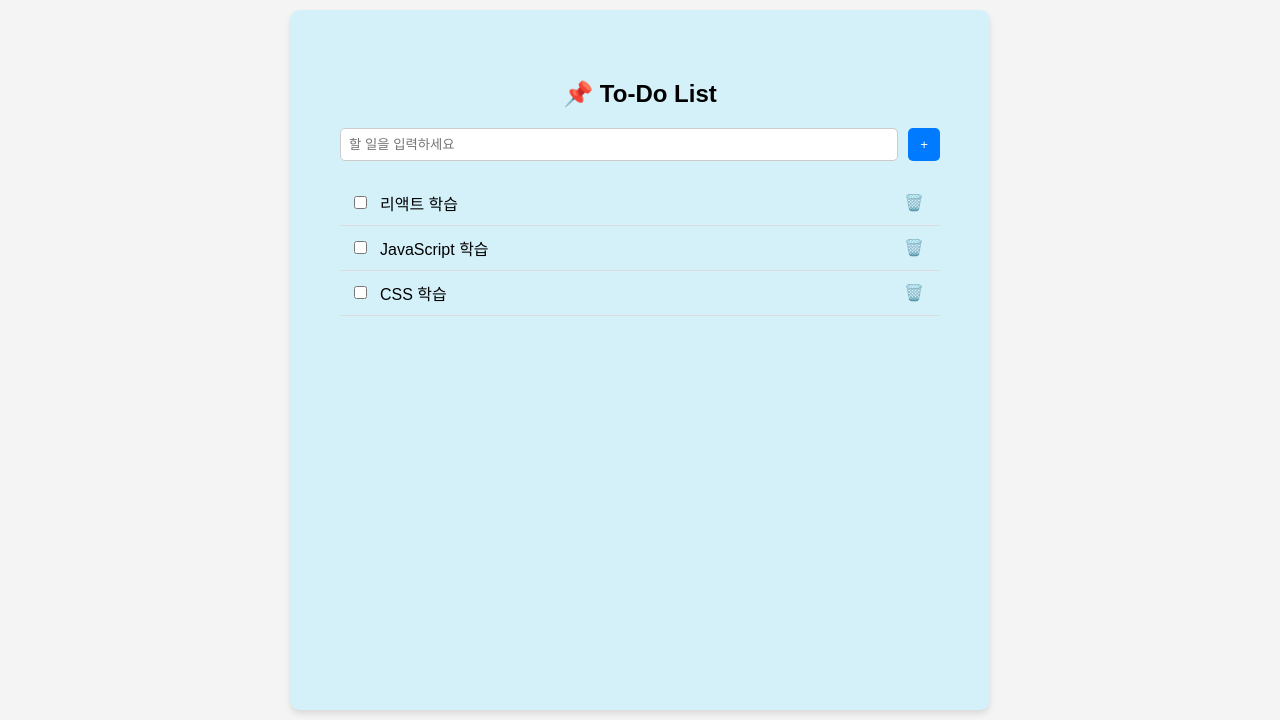
Repository: jongheonleee/todo-list
Page: /
The author's editor kept a copy of each file at every save. The page is drawn from the files as they stood at one save, then again after a run of saves.
The browser window is 1280 px wide. The pictures show the whole page.
The project was rebuilt for these pictures with package versions that can differ from the ones it lists, and the page was loaded fresh each time.

Above is the page before, as saved 2025-02-19 16:05:01.

After the next 2 saves:
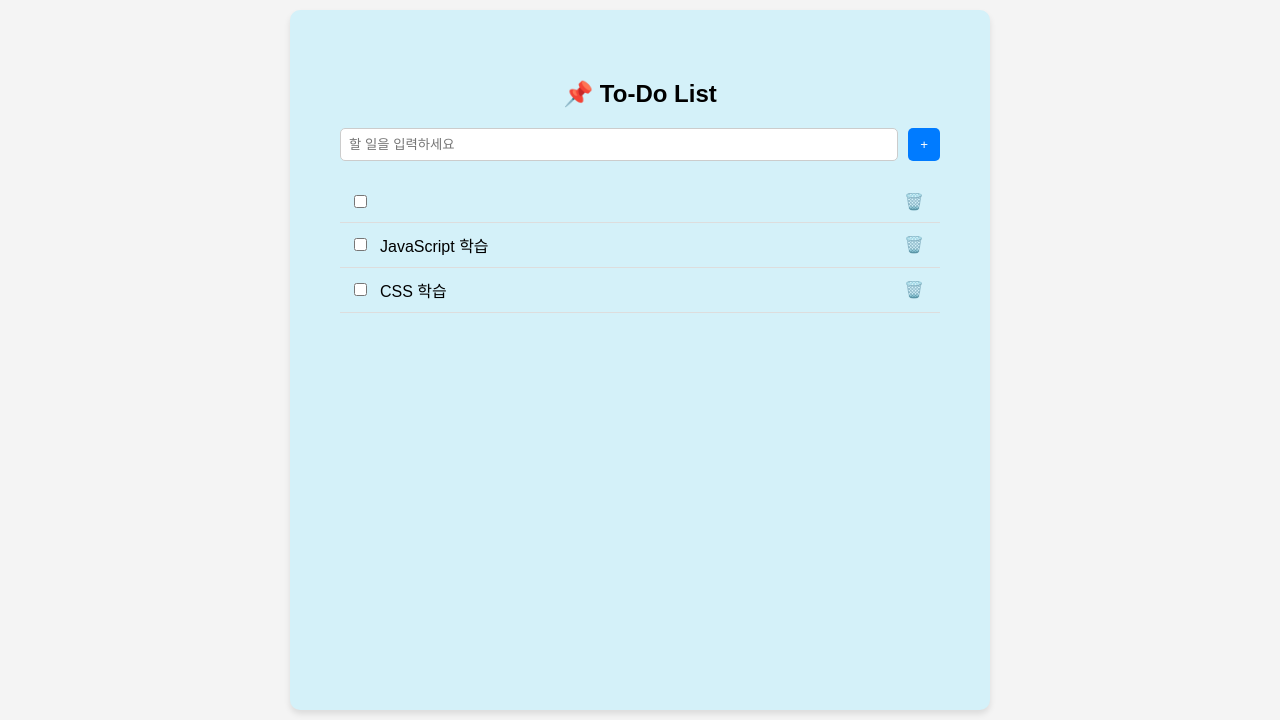
The 2 saves are shown as one change because 1 did not build or start.
The last was saved 114 s later.
--- a/src/App.js
+++ b/src/App.js
@@ -11,10 +11,10 @@
 
   // 기본적으로 보여줄 리스트
   const [ id, setId ] = useState(-1); // 특정 아잉템에 해당하는 id
-  const [ items, setItems ] = useState([{ id : 1, text : "리액트 학습", done : false},
+  const [ items, setItems ] = useState([{ id : 1, s : "리액트 학습", done : false},
                                         { id : 2, text : "JavaScript 학습", done : false},
                                         { id : 3, text : "CSS 학습", done : false}]); // 기본적으로 보여줄 items
-  const [ title, setTitle ] = useState('');
+  const [ text, setText ] = useState('');
   const [ done, setDone ] = useState(false);
 
   // 해당 컴포넌트에서 관리하는 필드값을 핸들링하는 함수 정의
@@ -45,13 +45,13 @@
     e.preventDefault();
 
     // - 작성한 타이틀 유효성 검증
-    if (!isValidTitle(title)) {
+    if (!isValidTitle(text)) {
       notify('please enter a right title');
       return;
     }
 
     // - 아이템 등록 처리
-    const newItem = { id:items.length, title:this.title, done:false };
+    const newItem = {id : items.length, text: text, done: false};
     alert(newItem);
 
     // - 아이템 배열에 추가
@@ -99,8 +99,8 @@
   }
 
   // 아이템 유효성 검증
-  const isValidTitle = (title) => {
-    return title !== null && title.length > 0;
+  const isValidText = (text) => {
+    return text !== null && text.length > 0;
   }
 
   // 렌더링할 페이지 형태

After the 4 saves that followed:
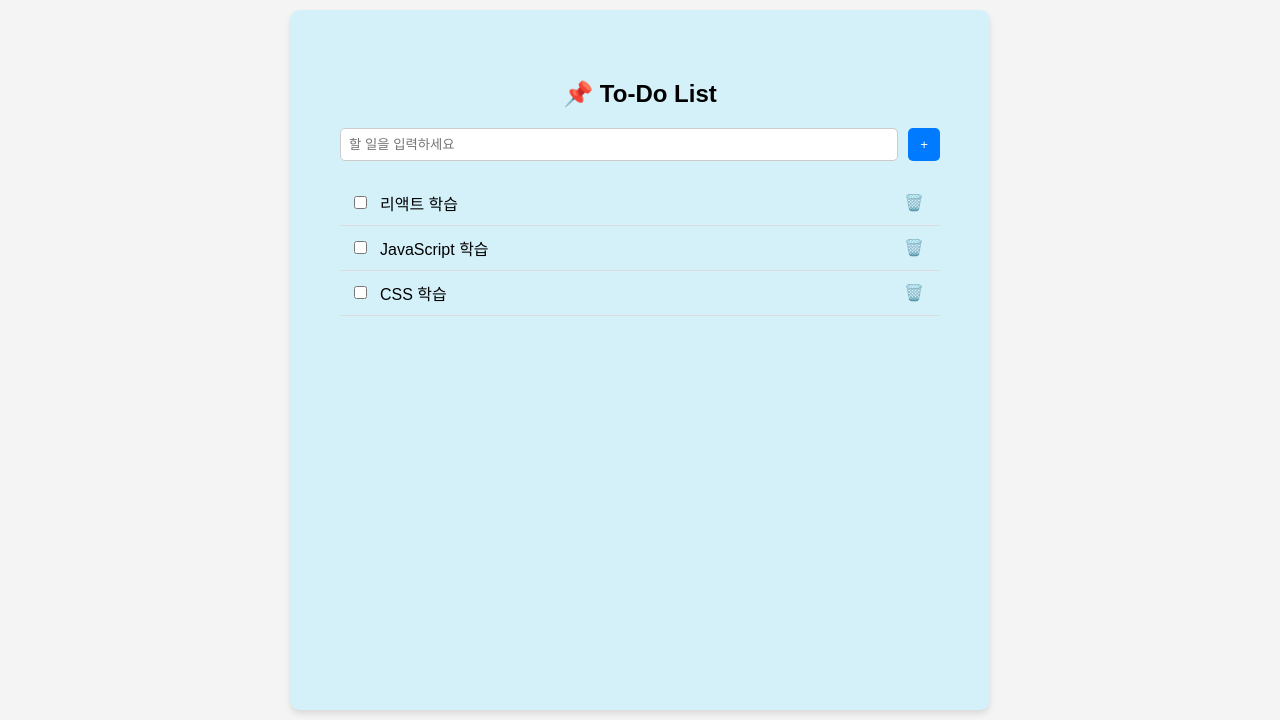
The 4 saves are shown as one change because 3 left the picture as it was.
The last was saved 102 s later.
--- a/src/App.js
+++ b/src/App.js
@@ -11,9 +11,9 @@
 
   // 기본적으로 보여줄 리스트
   const [ id, setId ] = useState(-1); // 특정 아잉템에 해당하는 id
-  const [ items, setItems ] = useState([{ id : 1, s : "리액트 학습", done : false},
-                                        { id : 2, text : "JavaScript 학습", done : false},
-                                        { id : 3, text : "CSS 학습", done : false}]); // 기본적으로 보여줄 items
+  const [ items, setItems ] = useState([{ id : 1,   text : "리액트 학습",       done : false},
+                                        { id : 2,   text : "JavaScript 학습", done : false},
+                                        { id : 3,   text : "CSS 학습",        done : false}]); // 기본적으로 보여줄 items
   const [ text, setText ] = useState('');
   const [ done, setDone ] = useState(false);
 
@@ -45,8 +45,8 @@
     e.preventDefault();
 
     // - 작성한 타이틀 유효성 검증
-    if (!isValidTitle(text)) {
-      notify('please enter a right title');
+    if (!isValidText(text)) {
+      notify('please enter a right text');
       return;
     }
 
@@ -63,14 +63,14 @@
 
     // - 초기화
     setId(-1);
-    setTitle('');
+    setText('');
     setDone(false);
   };
 
 
-  const handleTitle = (e) => {
+  const handleText = (e) => {
     // todo-item 타이틀 작성시 상태 변경
-    setTitle(e.target.value);
+    setText(e.target.value);
   }
 
   const handleDone = (e) => {
@@ -113,7 +113,7 @@
         {/* 입력 부분  */}
         <InputForm
           handleSubmit={handleSubmit}
-          handleTitle={handleTitle}
+          handleText={handleText}
         />
 
         {/* todo-list 부분 */}
--- a/src/components/InputForm.js
+++ b/src/components/InputForm.js
@@ -1,7 +1,7 @@
 import React from "react";
 import "./InputForm.css";
 
-const InputForm = ({ handleSubmit, handleTitle }) => {
+const InputForm = ({ handleSubmit, handleText }) => {
     return (
         <form
             className="input-area"
@@ -10,7 +10,7 @@ const InputForm = ({ handleSubmit, handleTitle }) => {
             <input
                 type="text"
                 placeholder="할 일을 입력하세요"
-                onChange={handleTitle}
+                onChange={handleText}
             />
             <button
                 type="submit"
